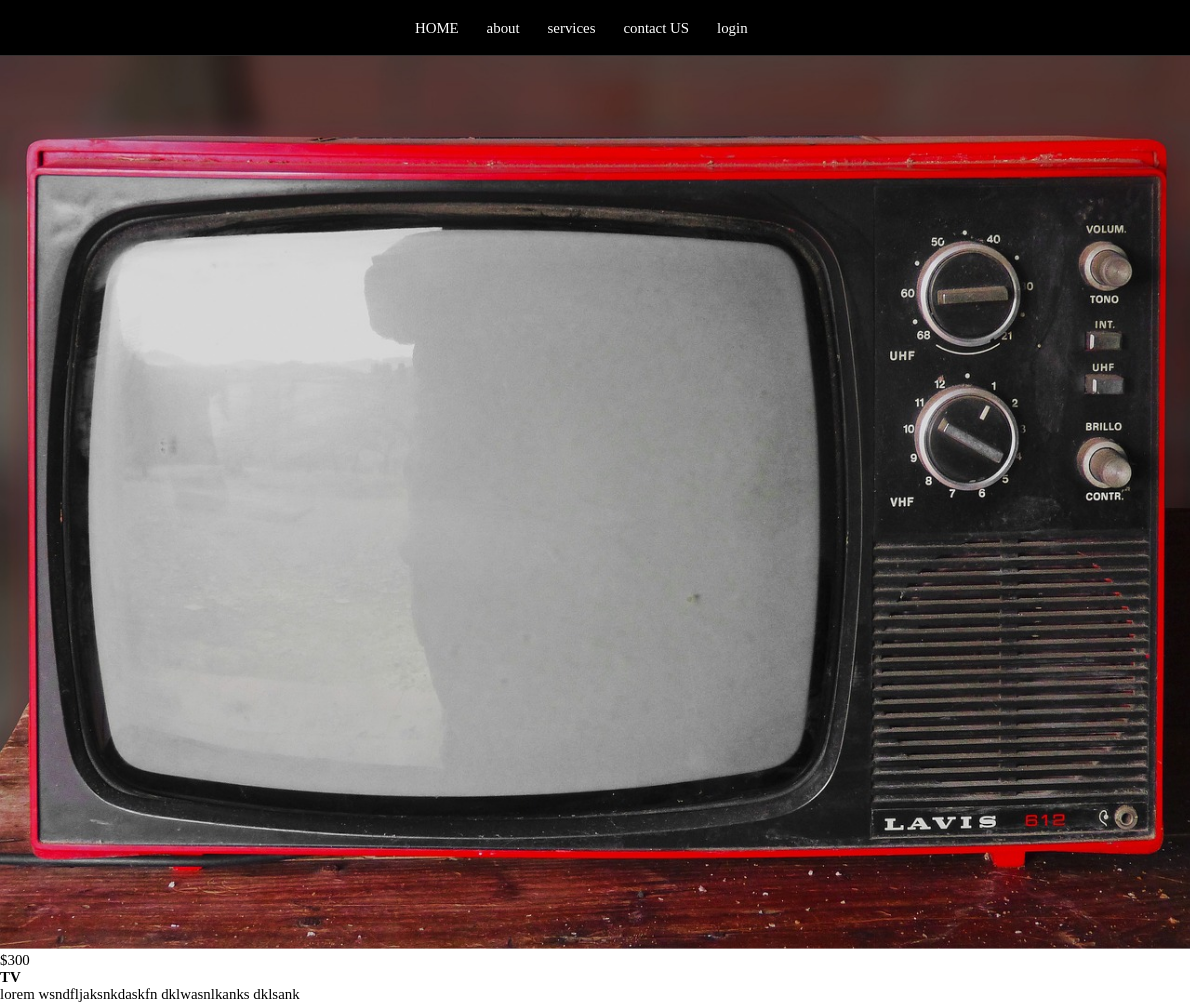
Repository: viveknaidu007/repo-166-Full-Stack-Development-Learning-Notes-Innomatics-2024
Page: module_1-html,css,bootstrap/sept_25_2024/index.html
The author's editor kept a copy of each file at every save. The page is drawn from the files as they stood at one save, then again after the next save.
The browser window is 1280 px wide. The pictures show the whole page, at 93% of full size.

Above is the page before, as saved 2024-09-27 18:59:14.

After the next save:
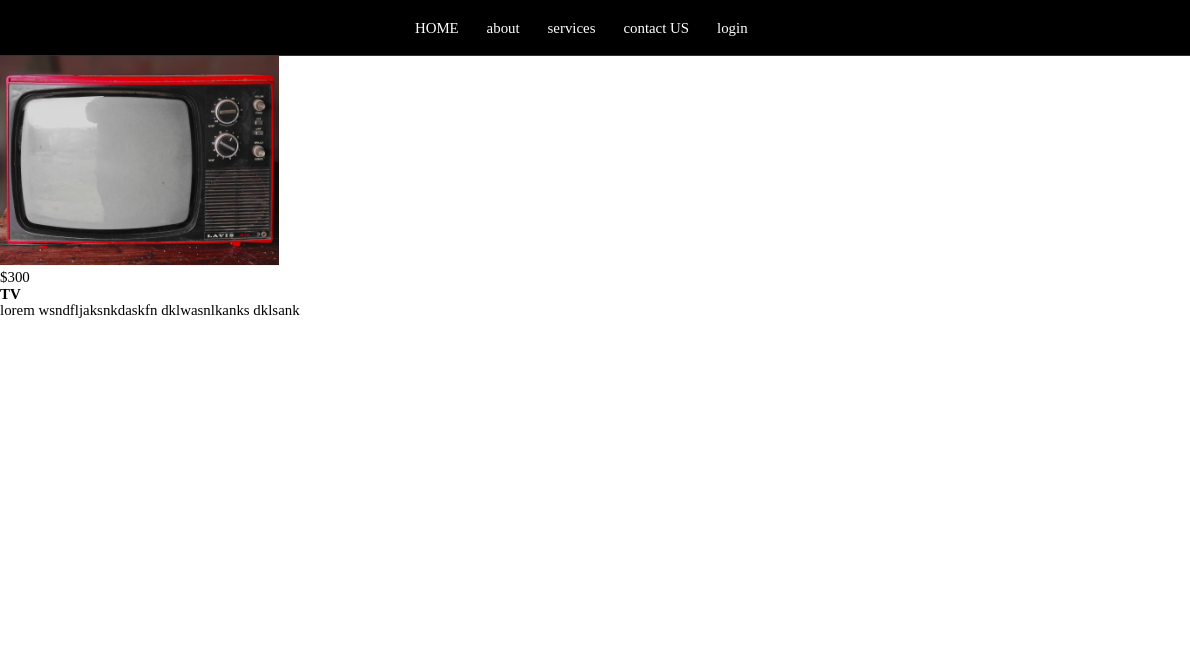
Saved 86 s later.
--- a/module_1-html,css,bootstrap/sept_25_2024/index.html
+++ b/module_1-html,css,bootstrap/sept_25_2024/index.html
@@ -26,6 +26,15 @@
             justify-content: center;
         }
 
+        .product{
+            width: 400px;
+            height : 600px;
+            border: 2px solid blaxk;
+        }
+
+        img{
+            width: 300px;
+        }
 
     </style>
 </head>
